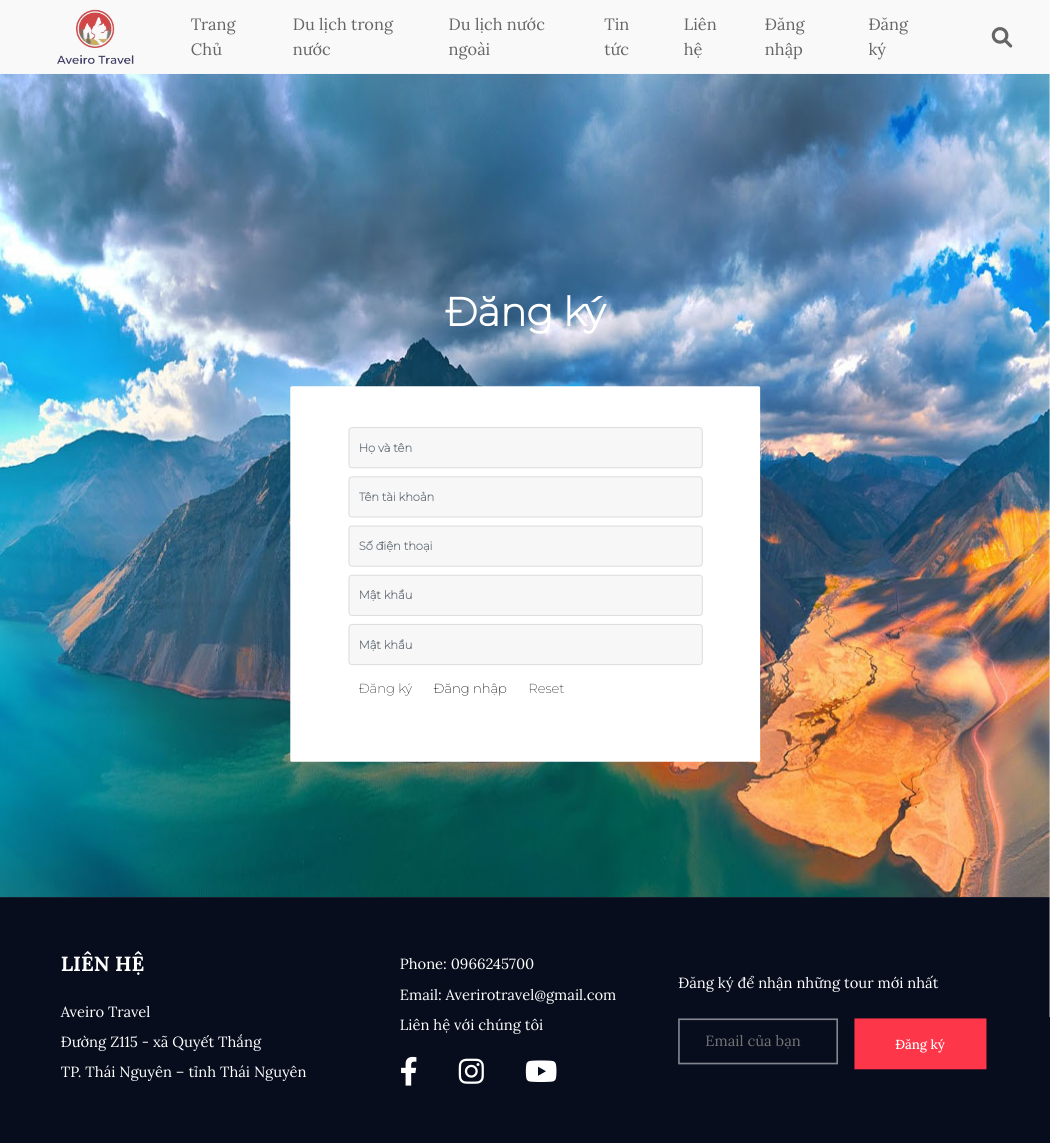
Repository: tuan842001/demotest
Page: /
An editor plug-in stored every save of this project. The page is shown before and after the next save, followed by the edit.
The browser window is 1280 px wide. The pictures show the whole page, at 82% of full size.
The project was rebuilt for these pictures with package versions that can differ from the ones it lists, and the page was loaded fresh each time. Also part of the build but not shown: src/components/header/header.css, src/components/header/Header.jsx, src/components/top/top.css, src/components/top/Top.jsx, src/components/post/post.css, src/components/post/Post.jsx, src/components/intourPost/intourPost.css, src/components/intourPost/IntourPost.jsx and 15 more.

Above is the page before, as saved 2021-10-14 17:19:30.

After the next save:
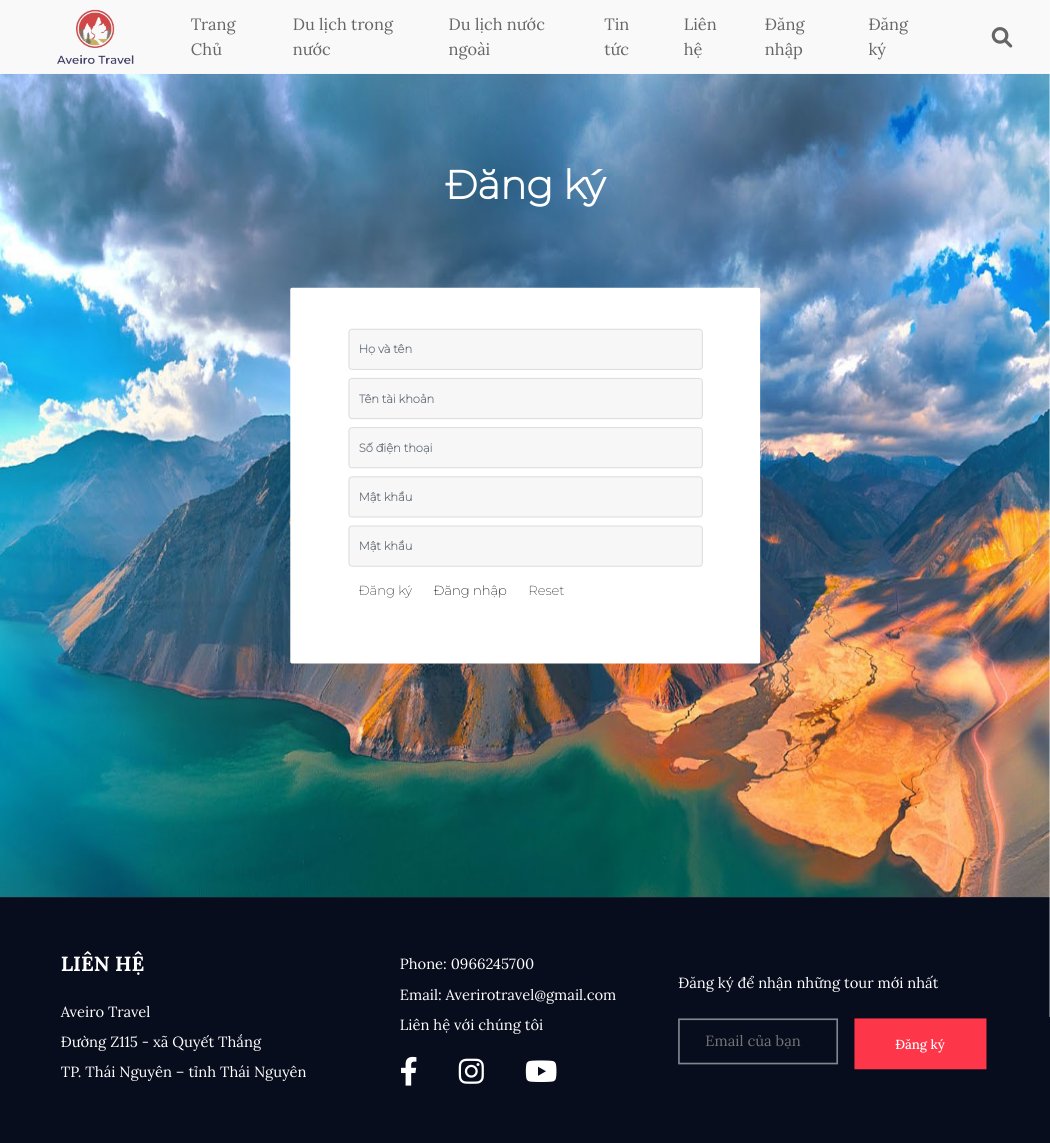
Saved 8 min 5 s later.
--- a/src/pages/login/login.css
+++ b/src/pages/login/login.css
@@ -11,7 +11,7 @@
 .loginContent{
     width: 100%;
     height: 401px;
-    top: 30px;
+    top: -15%;
 }
 .loginTitle{
     font-size: 48px;
@@ -21,7 +21,7 @@
 }
 .loginContentInner{
     position: absolute;
-    top: 46%;
+    top: 30%;
     left: 0;
     width: 100%;
     text-align: left;
@@ -35,7 +35,7 @@
     margin: 10px auto 30px;
     max-width: 50%;
     padding: 50px 70px 70px 71px;
-    bottom: 70px;
+    bottom: 190px;
 }
 .form-group{
     margin-bottom: 10px;
